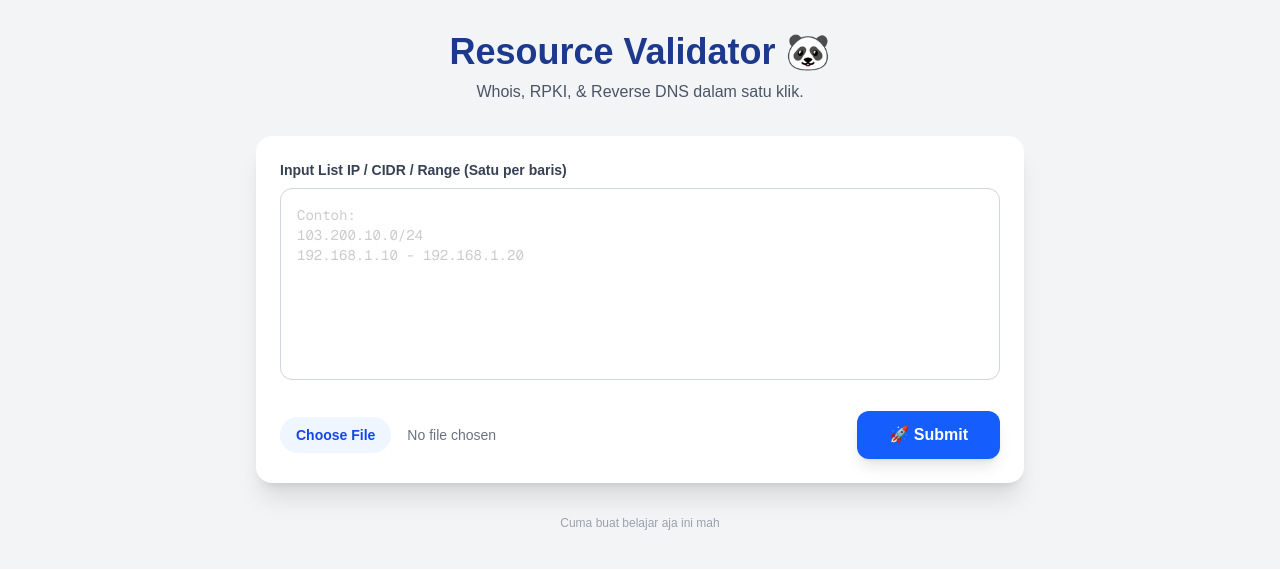
Repository: KilluaProject/resource_validator
Page: /
These files come from the project's save history. The page is drawn as it stood at one moment and after the next save; the edit follows.
The browser window is 1280 px wide. The pictures show the whole page.
The project was rebuilt for these pictures with package versions that can differ from the ones it lists, and the page was loaded fresh each time. The framework's server and built-in components were replaced by stand-ins that run in the browser. Also part of the build but not shown: next.config.ts, components/ResultModal.tsx.

Above is the page before, as saved 2026-01-07 22:27:59.

### app/layout.tsx
import type { Metadata } from "next";
import { Geist, Geist_Mono } from "next/font/google";
import "./globals.css";

const geistSans = Geist({
  variable: "--font-geist-sans",
  subsets: ["latin"],
});

const geistMono = Geist_Mono({
  variable: "--font-geist-mono",
  subsets: ["latin"],
});

export const metadata: Metadata = {
  title: "Resource Validator",
  description: "Whois, RPKI, & Reverse DNS dalam satu klik",
};

export default function RootLayout({
  children,
}: Readonly<{
  children: React.ReactNode;
}>) {
  return (
    <html lang="en">
      <body
        className={`${geistSans.variable} ${geistMono.variable} antialiased`}
      >
        {children}
      </body>
    </html>
  );
}

### app/page.tsx
"use client";

import { useState } from "react";
// Perhatiin importnya tetep pake @/ karena Next.js otomatis set alias ke root
import { ScanResult } from "@/types";
import { downloadCSV } from "@/libs/csvHelper";
import ResultModal from "@/components/ResultModal";

export default function Home() {
  const [inputText, setInputText] = useState("");
  const [loading, setLoading] = useState(false);
  const [modalData, setModalData] = useState<ScanResult[] | null>(null);

  const handleFileUpload = (e: React.ChangeEvent<HTMLInputElement>) => {
    const file = e.target.files?.[0];
    if (!file) return;

    const reader = new FileReader();
    reader.onload = (event) => {
      if (event.target?.result) {
        setInputText(event.target.result as string);
      }
    };
    reader.readAsText(file);
  };

  const handleScan = async () => {
    if (!inputText.trim()) {
      alert("Isi dulu bro IP nya!");
      return;
    }

    setLoading(true);
    setModalData(null);

    try {
      // Pastikan backend python jalan di port 8000
      const response = await fetch('/api/scan', {
        method: "POST",
        headers: { "Content-Type": "application/json" },
        body: JSON.stringify({ raw_text: inputText }),
      });

      if (!response.ok) throw new Error("Gagal konek ke backend");

      const data: ScanResult[] = await response.json();

      if (data.length > 10) {
        downloadCSV(data);
        alert(`🚀 Berhasil scan ${data.length} IP! File laporan otomatis ter-download.`);
      } else {
        setModalData(data);
      }

    } catch (error) {
      console.error(error);
      alert("❌ Backend Error: Pastikan Python API (uvicorn) udah jalan!");
    } finally {
      setLoading(false);
    }
  };

  return (
    <main className="min-h-screen bg-gray-100 p-8 flex flex-col items-center">
      <div className="w-full max-w-3xl mb-8 text-center">
        <h1 className="text-4xl font-extrabold text-blue-900 mb-2">
           Resource Validator 🐼
        </h1>
        <p className="text-gray-600">Whois, RPKI, & Reverse DNS dalam satu klik.</p>
      </div>

      <div className="bg-white p-6 rounded-2xl shadow-xl w-full max-w-3xl space-y-6">
        <div>
          <label className="block text-sm font-semibold text-gray-700 mb-2">
            Input List IP / CIDR / Range (Satu per baris)
          </label>
          <textarea
            value={inputText}
            onChange={(e) => setInputText(e.target.value)}
            placeholder="Contoh:&#10;103.200.10.0/24&#10;192.168.1.10 - 192.168.1.20"
            className="w-full h-48 p-4 border placeholder:text-black placeholder:opacity-20 border-gray-300 rounded-xl focus:ring-2 focus:ring-blue-500 focus:border-blue-500 transition resize-none font-mono text-sm text-black"
          />
        </div>

        <div className="flex flex-col md:flex-row gap-4 justify-between items-center">
          <div className="w-full md:w-auto">
            <input
              type="file"
              accept=".txt"
              onChange={handleFileUpload}
              className="block w-full text-sm text-gray-500
                file:mr-4 file:py-2 file:px-4
                file:rounded-full file:border-0
                file:text-sm file:font-semibold
                file:bg-blue-50 file:text-blue-700
                hover:file:bg-blue-100 cursor-pointer"
            />
          </div>

          <button
            onClick={handleScan}
            disabled={loading}
            className={`w-full md:w-auto px-8 py-3 rounded-xl font-bold text-white transition shadow-lg
              ${loading
                ? "bg-gray-400 cursor-not-allowed"
                : "bg-blue-600 hover:bg-blue-700 hover:scale-105 active:scale-95"
              }`}
          >
            {loading ? "Scanning..." : "🚀 Submit"}
          </button>
        </div>
      </div>

      <p className="mt-8 text-xs text-gray-400">
        Cuma buat belajar aja ini mah
      </p>

      {modalData && (
        <ResultModal
          data={modalData}
          onClose={() => setModalData(null)}
        />
      )}
    </main>
  );
}

### libs/csvHelper.ts
import { ScanResult } from "../types";

export const downloadCSV = (data: ScanResult[]) => {
  // HEADER LENGKAP
  const headers = [
    "Target CIDR",
    "Parent Netname",
    "Parent Inetnum",
    "Parent Description",
    "Sub-Allocations (Children)",
    "RPKI Status",
    "RPKI Detail",
    "IRR Objects",
    "Global Visibility",
    "Reverse DNS (PTR)"
  ];

  // DATA MAPPING
  const rows = data.map((item) => [
    item.cidr,
    item.parent_name,
    item.parent_net,
    item.parent_desc,
    item.children,
    item.rpki_status,
    item.rpki_detail,
    item.irr_objects,
    item.visibility,
    item.ptr_record,
  ]);

  const csvContent =
    "data:text/csv;charset=utf-8," +
    headers.join(",") + "\n" +
    rows.map((e) =>
      // Kita bungkus pake tanda kutip biar kalau ada koma di dalem teks gak hancur kolomnya
      e.map(cell => `"${String(cell).replace(/"/g, '""')}"`).join(",")
    ).join("\n");

  const encodedUri = encodeURI(csvContent);
  const link = document.createElement("a");
  link.setAttribute("href", encodedUri);
  link.setAttribute("download", `Full_Audit_Report_${new Date().toISOString().slice(0,10)}.csv`);
  document.body.appendChild(link);
  link.click();
  document.body.removeChild(link);
};

Loaded but not shown: app/globals.css (common file)

After the next save:
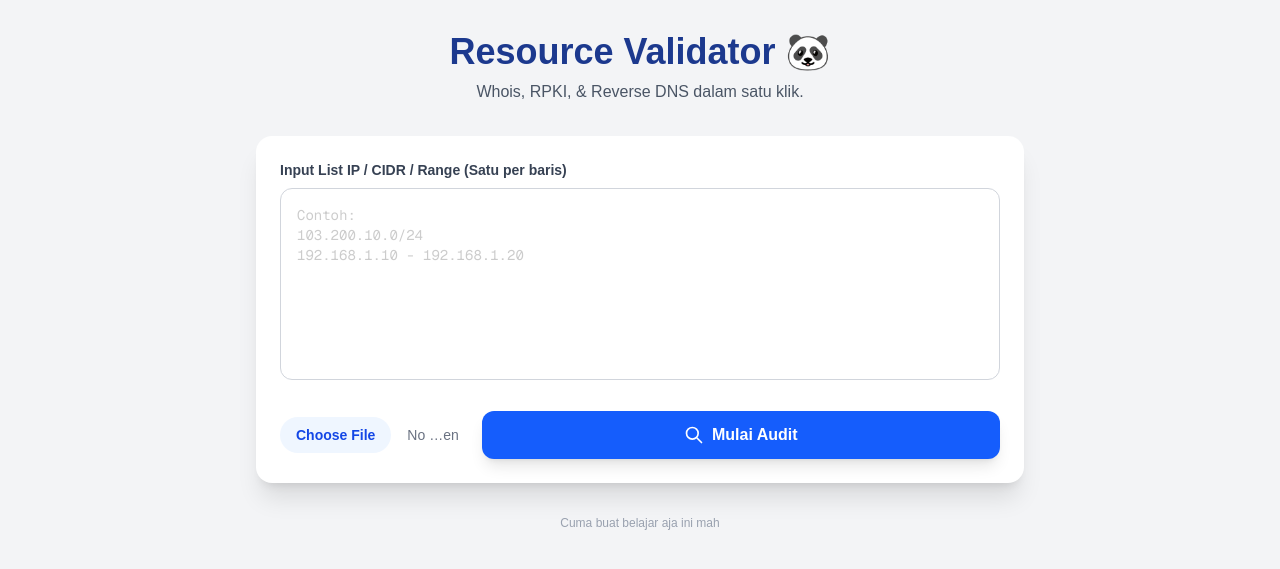
Saved 26 min 59 s later.
--- a/app/page.tsx
+++ b/app/page.tsx
@@ -97,17 +97,36 @@ export default function Home() {
             />
           </div>
 
-          <button
-            onClick={handleScan}
-            disabled={loading}
-            className={`w-full md:w-auto px-8 py-3 rounded-xl font-bold text-white transition shadow-lg
-              ${loading
-                ? "bg-gray-400 cursor-not-allowed"
-                : "bg-blue-600 hover:bg-blue-700 hover:scale-105 active:scale-95"
-              }`}
-          >
-            {loading ? "Scanning..." : "🚀 Submit"}
-          </button>
+        <button
+  onClick={handleScan}
+  disabled={loading} // Matiin tombol pas lagi loading
+  className={`w-full py-3 px-6 rounded-xl font-bold text-white transition-all shadow-lg flex items-center justify-center gap-2
+    ${loading
+      ? "bg-gray-400 cursor-not-allowed opacity-80" // Style pas Loading
+      : "bg-blue-600 hover:bg-blue-700 hover:shadow-blue-500/30 hover:-translate-y-0.5" // Style Normal
+    }`}
+>
+  {loading ? (
+    <>
+      {/* 1. ICON SPINNER (Muter-muter) */}
+      <svg className="animate-spin h-5 w-5 text-white" xmlns="http://www.w3.org/2000/svg" fill="none" viewBox="0 0 24 24">
+        <circle className="opacity-25" cx="12" cy="12" r="10" stroke="currentColor" strokeWidth="4"></circle>
+        <path className="opacity-75" fill="currentColor" d="M4 12a8 8 0 018-8V0C5.373 0 0 5.373 0 12h4zm2 5.291A7.962 7.962 0 014 12H0c0 3.042 1.135 5.824 3 7.938l3-2.647z"></path>
+      </svg>
+
+      {/* 2. TEKS ANIMASI (Pulse) */}
+      <span className="animate-pulse">Scanning...</span>
+    </>
+  ) : (
+    <>
+      {/* ICON SCAN (Opsional, icon kaca pembesar atau petir) */}
+      <svg xmlns="http://www.w3.org/2000/svg" className="h-5 w-5" fill="none" viewBox="0 0 24 24" stroke="currentColor">
+        <path strokeLinecap="round" strokeLinejoin="round" strokeWidth={2} d="M21 21l-6-6m2-5a7 7 0 11-14 0 7 7 0 0114 0z" />
+      </svg>
+      <span>Mulai Audit</span>
+    </>
+  )}
+</button>
         </div>
       </div>
 
